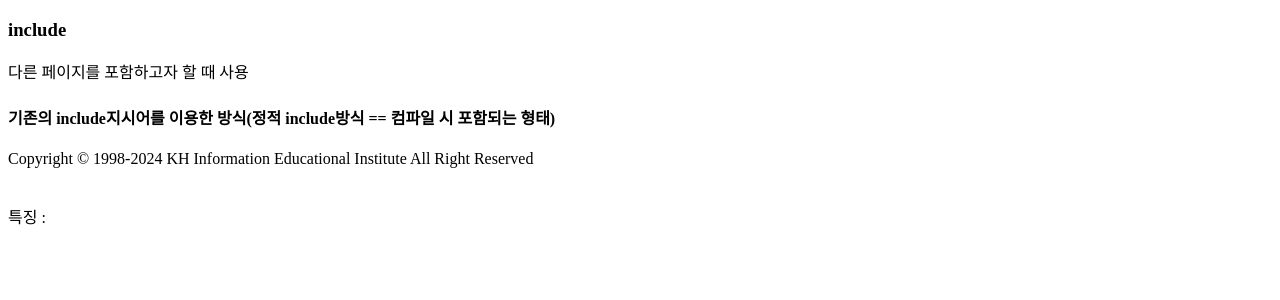
Repository: judeyong/myWebWorkSpace2
Page: http://localhost/Action_Project/views/StandardAction/01_include.jsp
The author's editor kept a copy of each file at every save. The page is drawn from the files as they stood at one save, then again after the next save.
The browser window is 1280 px wide. The pictures show the whole page.
The page is served by Tomcat 9. Other server files are loaded and not shown.

Above is the page before, as saved 2024-04-03 03:22:47.

### Action_Project/WebContent/views/StandardAction/01_include.jsp
<%@ page language="java" contentType="text/html; charset=UTF-8"
    pageEncoding="UTF-8"%>
<!DOCTYPE html>
<html>
<head>
<meta charset="UTF-8">
<title>Insert title here</title>
</head>
<body>

	<h3>include</h3>

	<p>
		다른 페이지를 포함하고자 할 때 사용
	</p>

	<h4>기존의 include지시어를 이용한 방식(정적 include방식 == 컴파일 시 포함되는 형태)</h4>

	<%@ include file="footer.jsp" %>
	<br><br>

	특징 :

</body>
</html>

### Action_Project/WebContent/views/StandardAction/footer.jsp
<%@ page language="java" contentType="text/html; charset=UTF-8"
    pageEncoding="UTF-8"%>
    <%@ page import="java.text.SimpleDateFormat, java.util.Date" %>
<!DOCTYPE html>
<html>
<head>
<meta charset="UTF-8">
<title>나는 푸터야</title>
</head>
<body>
	<%
		// Date date = new Date();
		// 오늘 날짜
		// 오늘 날짜 기준으로 년도만 뽑아서 채워넣어야함
		// => SimpleDateFormat
		String year = new SimpleDateFormat("yyyy").format(new Date());
	%>

	Copyright © 1998-<%= year %> KH Information Educational Institute All Right Reserved

	<br>

</body>
</html>

After the next save:
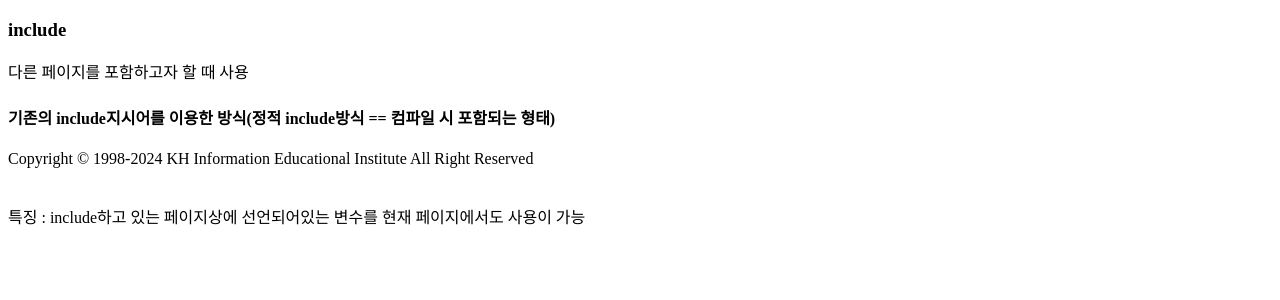
Saved 53 s later.
--- a/Action_Project/WebContent/views/StandardAction/01_include.jsp
+++ b/Action_Project/WebContent/views/StandardAction/01_include.jsp
@@ -19,7 +19,7 @@
 	<%@ include file="footer.jsp" %>
 	<br><br>
 
-	특징 :
+	특징 : include하고 있는 페이지상에 선언되어있는 변수를 현재 페이지에서도 사용이 가능
 
 </body>
 </html>
